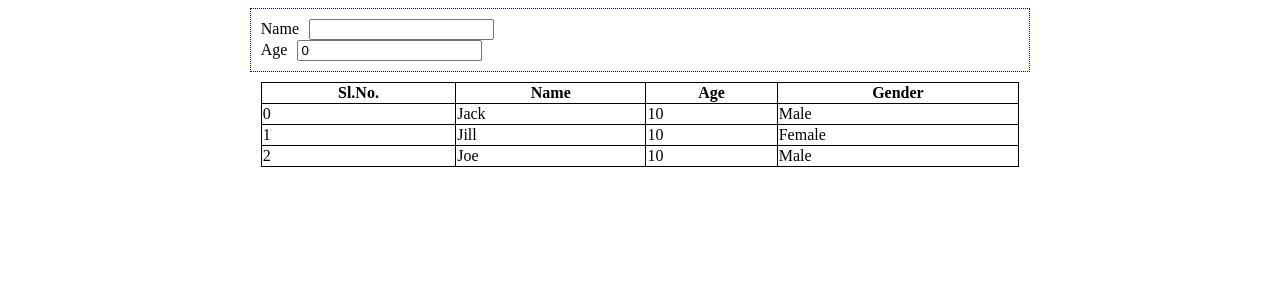
Repository: tysonpaul89/vue-student-crud
Page: /
An editor plug-in stored every save of this project. The page is shown before and after the next save, followed by the edit.
The browser window is 1280 px wide. The pictures show the whole page.
The project was rebuilt for these pictures with package versions that can differ from the ones it lists, and the page was loaded fresh each time.

Above is the page before, as saved 2020-04-10 17:30:52.

After the next save:
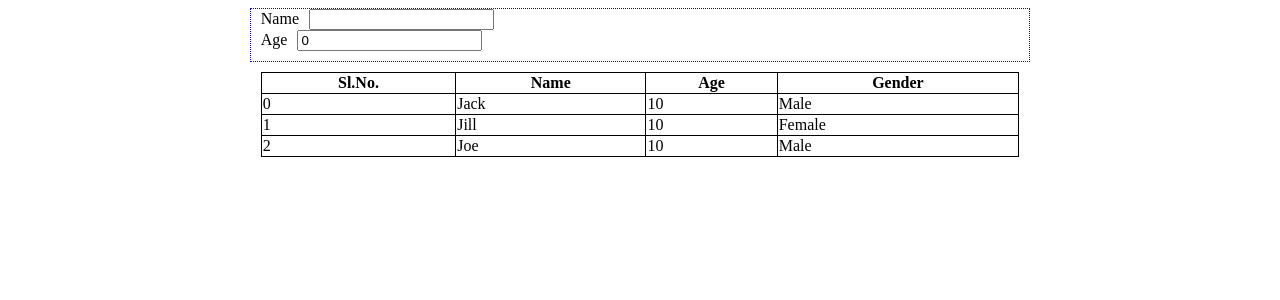
Saved 56 s later.
--- a/src/components/StudentForm.vue
+++ b/src/components/StudentForm.vue
@@ -35,10 +35,11 @@ export default {
   margin: 0 auto;
   margin-bottom: 10px;
   border: 1px dotted blue;
-  padding: 10px;
+  padding: 0 10px 10px 10px;
 }
 
 .form-group label{
   margin-right: 10px;
+  padding-top: 10px;
 }
 </style>
